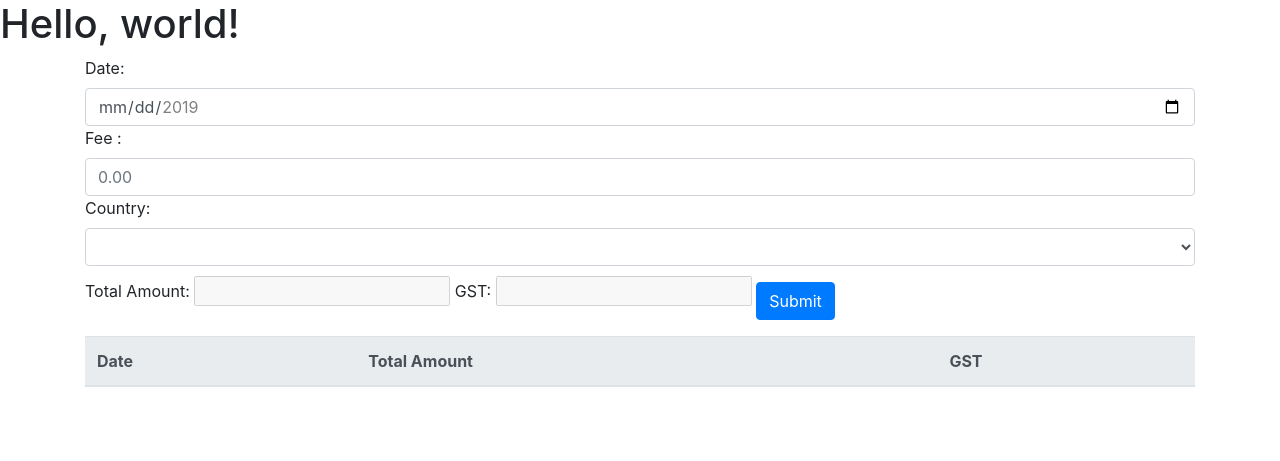
Repository: yucheng91/feesubmissionform
Page: http://localhost/
The author's editor kept a record of every edit. The page is drawn from the files as they stood at one moment, then again after the next edit.
The browser window is 1280 px wide. The pictures show the whole page.
The page is served by the project's application, run on Flask 3 (app.py). Queries for data that is not in the repository find no rows.

Above is the page before.

After the next edit:
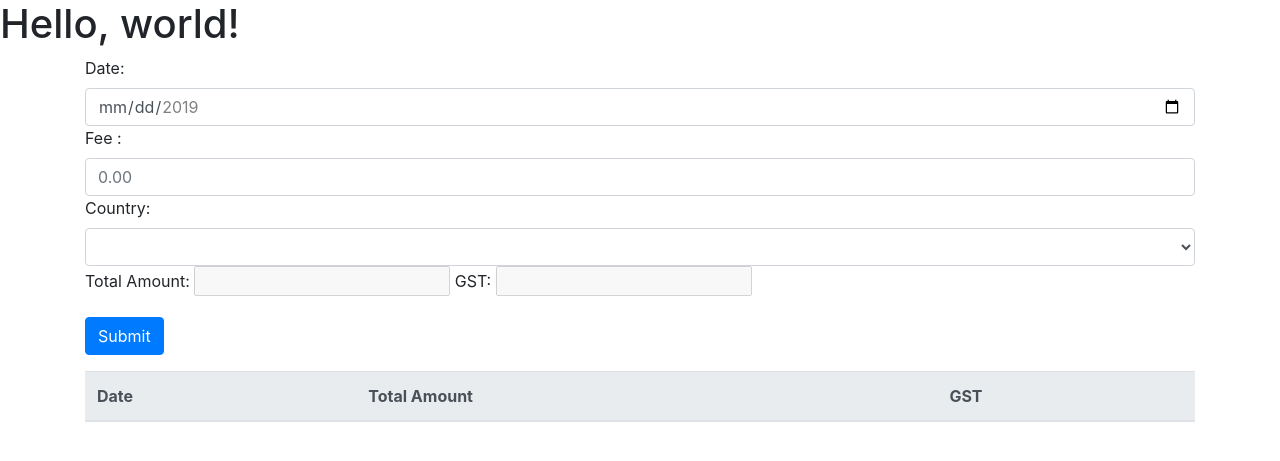
The edit:
--- a/templates/index.html
+++ b/templates/index.html
@@ -43,7 +43,8 @@
                 <label class='label' >
                   GST:
                 </label>
-                <input type="number" step:".01" name="gst" disabled>
+                <input type="number" name="gst" disabled>
+                <br>
               <input type='submit' class='btn btn-primary mt-3'>
               </div>
           </form>
